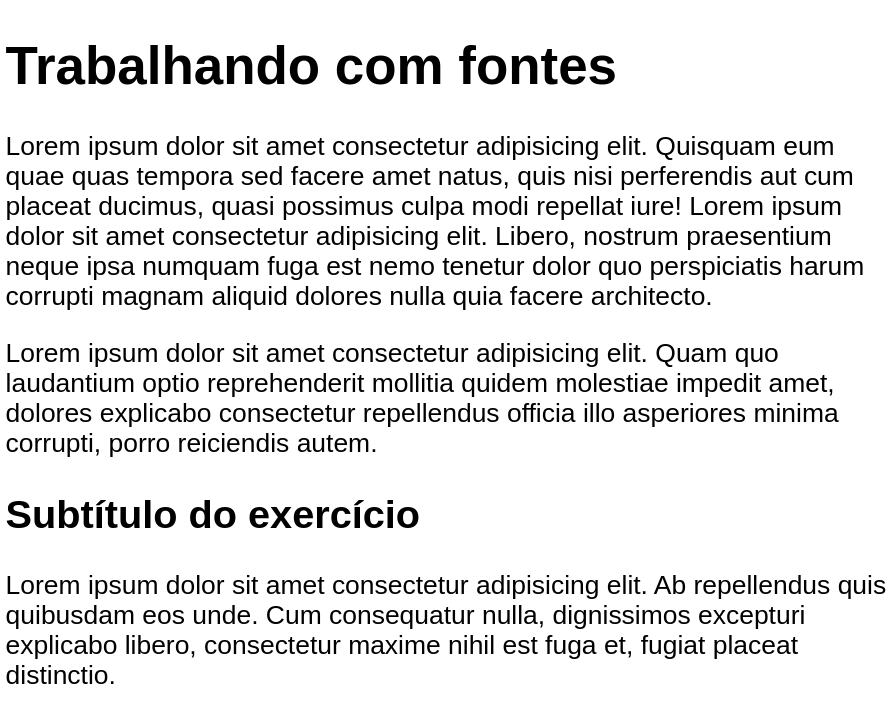
Repository: pheonix5/Estudo
Page: html-css/exercicios/ex017/fonte01.html
These files come from the project's save history. The page is drawn as it stood at one moment and after the next save; the edit follows.
The browser window is 1280 px wide. The pictures show the part of the page from y = 0 to 1920 px (the page is 1024 px tall before and 5312 px after), at 70% of full size.

Above is the page before, as saved 2023-08-12 00:48:40.

After the next save:
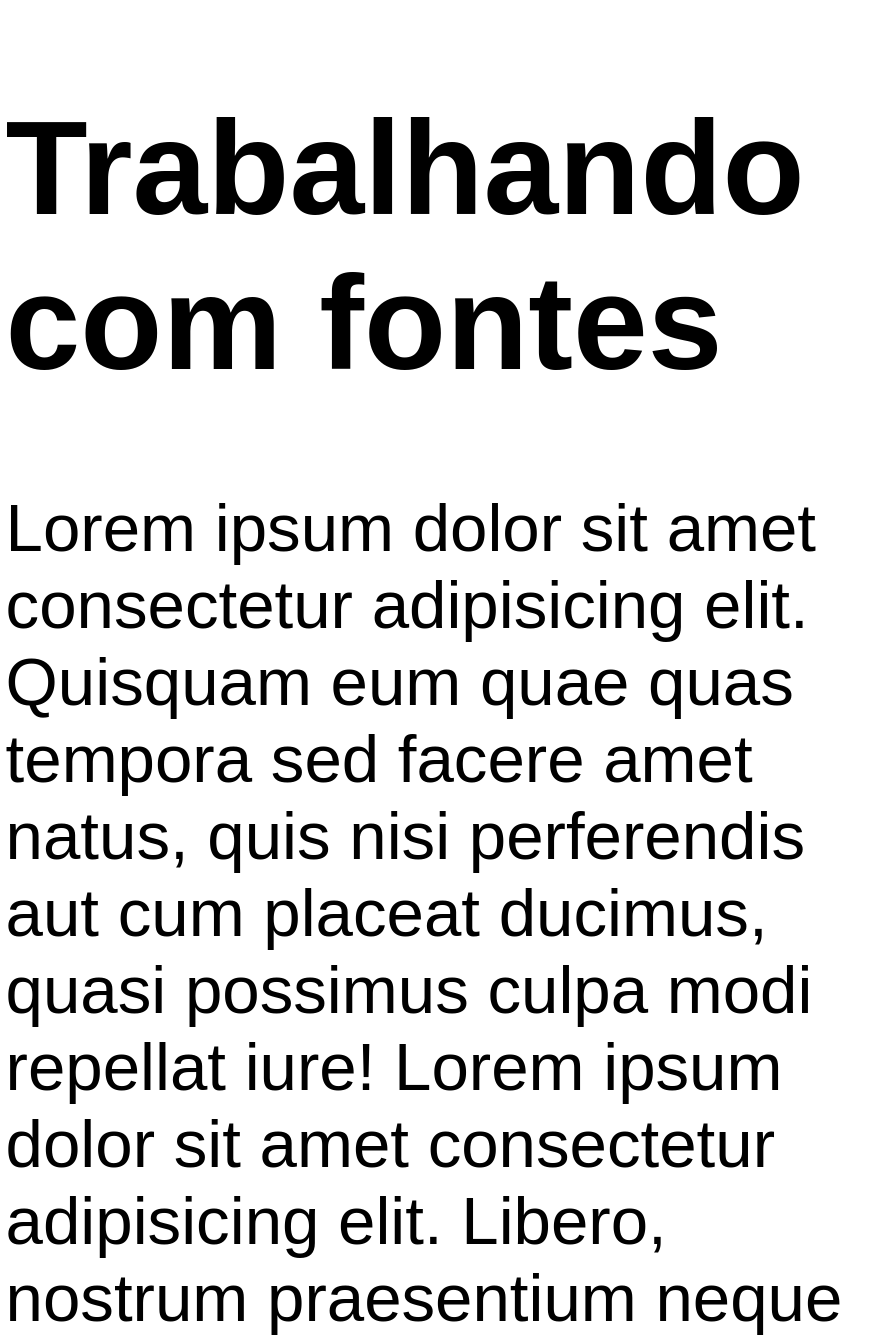
Saved 46 s later.
--- a/html-css/exercicios/ex017/fonte01.html
+++ b/html-css/exercicios/ex017/fonte01.html
@@ -15,7 +15,7 @@
         Medidas Relativas
         em, ex, rem, vw, vh, %
       */
-      font-size: 1cm;
+      font-size: 1in;
     }
   </style>
 </head>
